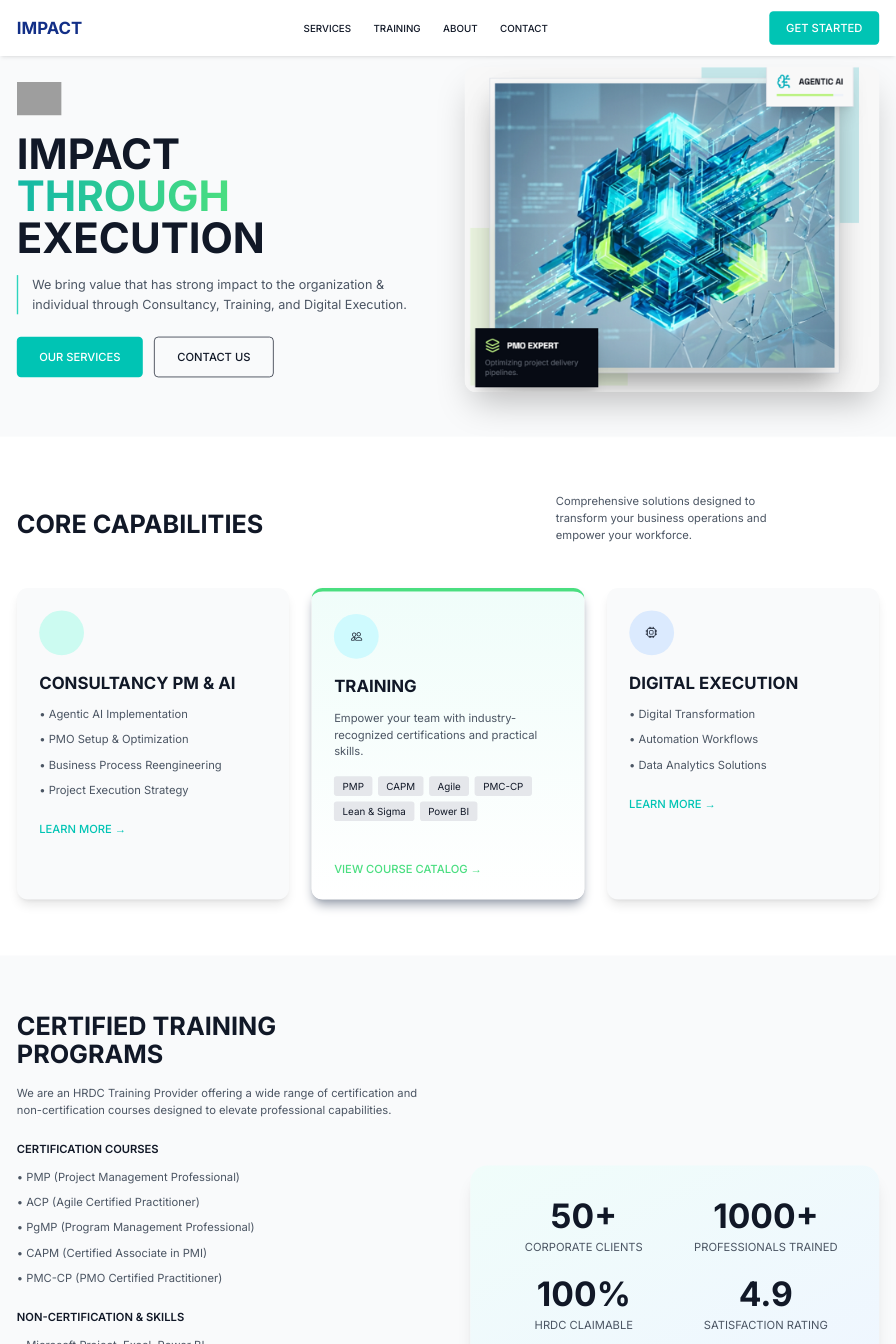
Repository: hsuntariq/web-pages
Page: impact/index.html
An editor plug-in stored every save of this project. The page is shown before and after a run of saves, followed by the edit.
The browser window is 1280 px wide. The pictures show the part of the page from y = 0 to 1920 px (the page is 4097 px tall), at 70% of full size.
Pictures or frames that could not be fetched are drawn as grey boxes. Some web libraries are served in a nearby version.

Above is the page before, as saved 2025-12-28 20:29:46.

After the next 2 saves:
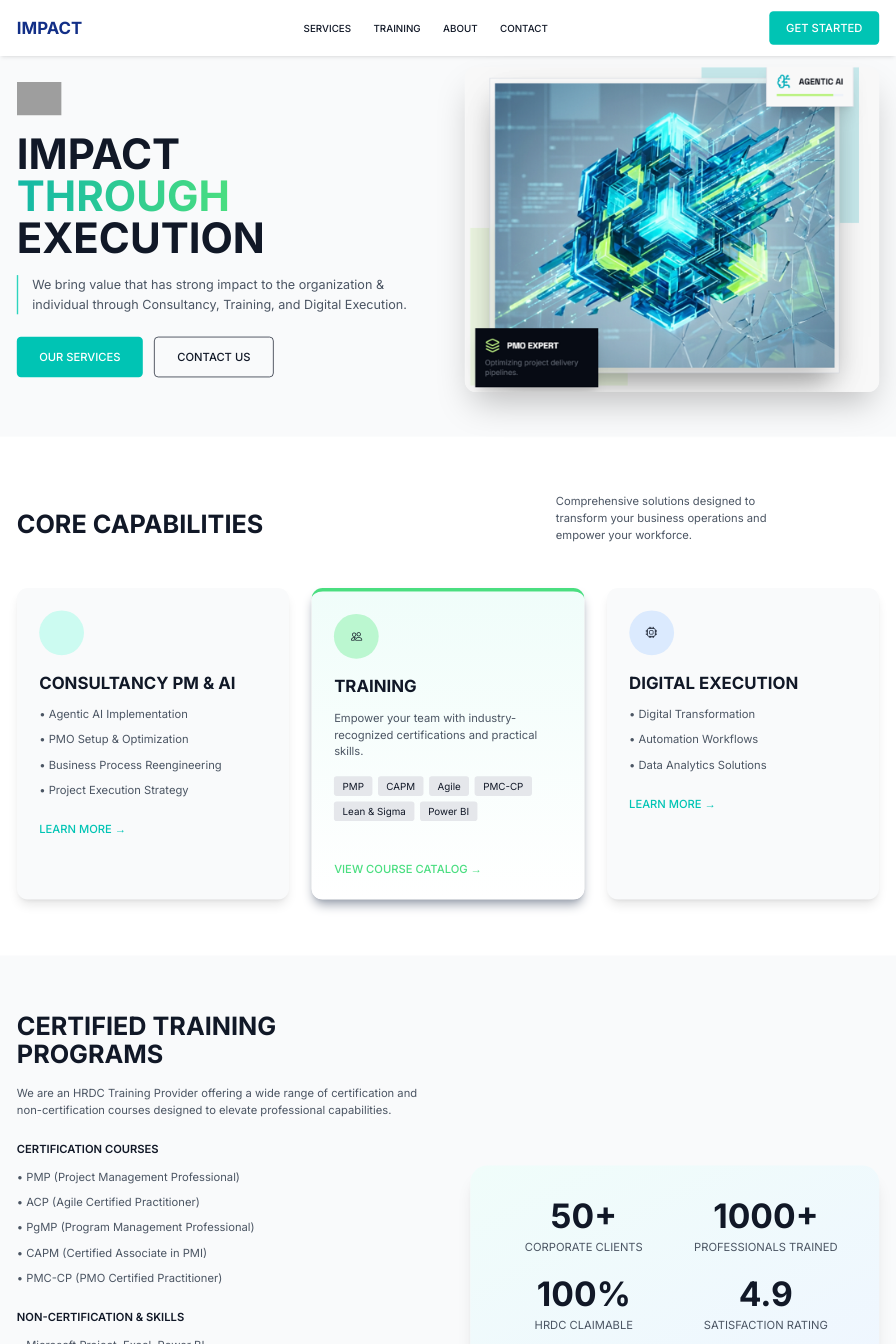
The 2 saves are shown as one change because they came seconds apart.
The last was saved 8 s later.
--- a/impact/index.html
+++ b/impact/index.html
@@ -153,7 +153,7 @@
             class="bg-gradient-to-b from-teal-50 to-white rounded-2xl shadow-2xl shadow-gray-400 border-e-0 border-s-0 border-b-0 border-[5px] p-8 shadow-lg border border-green-400"
           >
             <div
-              class="bg-cyan-100 w-16 flex justify-center items-center h-16 rounded-full mb-6"
+              class="bg-green-200 w-16 flex justify-center items-center h-16 rounded-full mb-6"
             >
               <i class="bi bi-people"></i>
             </div>
